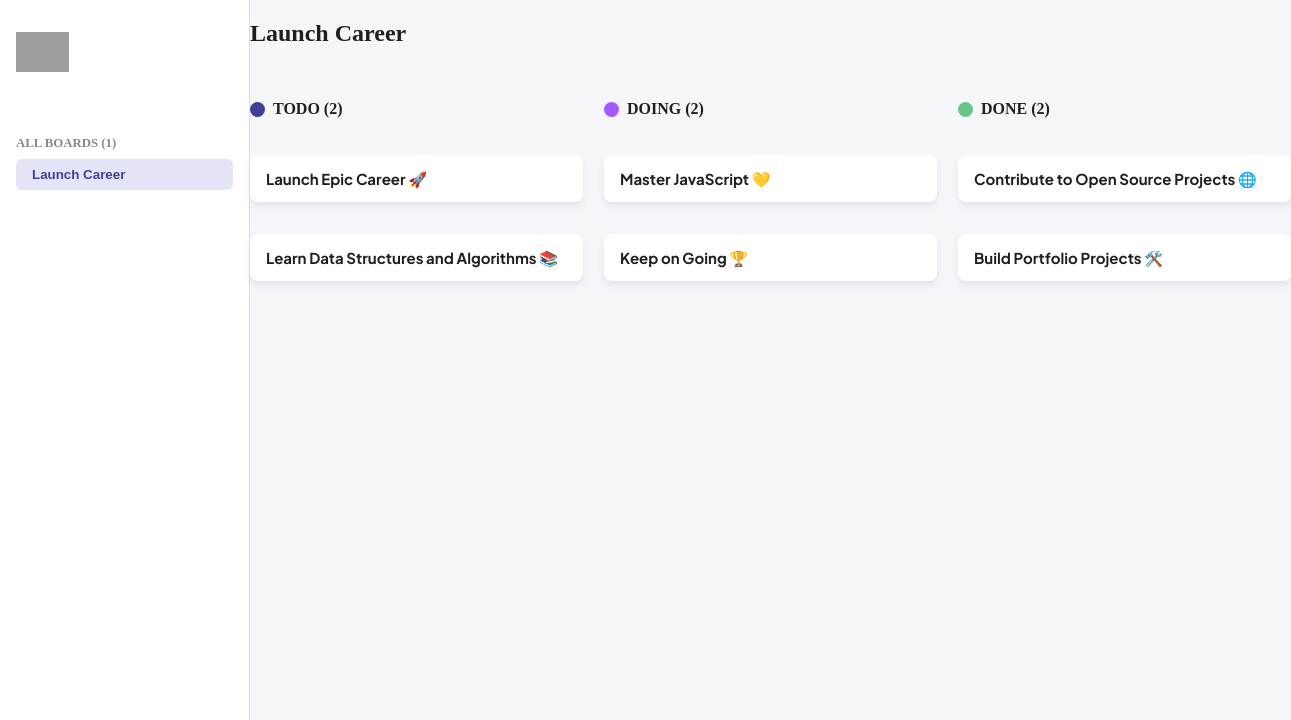
Repository: andajonas/ANDJON25111_fto2502_A2_Anda_Jonas_JSL01
Page: index.html
The author's editor kept a copy of each file at every save. The page is drawn from the files as they stood at one save, then again after a run of saves.
The browser window is 1280 px wide. The page is 1291 px wide, then 1280 px, so the pictures cover 1291 px, including what lies to the right of the window. The pictures show the whole page.
Pictures or frames that could not be fetched are drawn as grey boxes.

Above is the page before, as saved 2025-04-25 13:00:14.

After the next 4 saves:
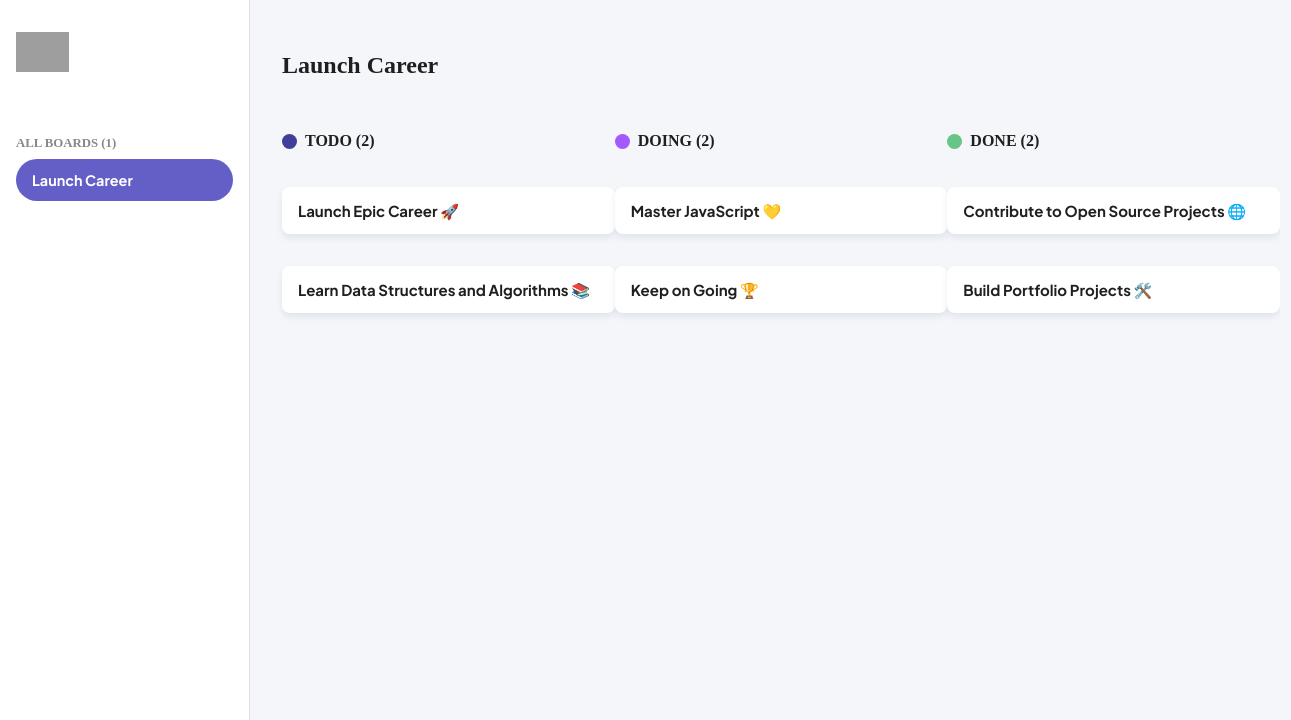
The 4 saves are shown as one change because they came seconds apart.
The last was saved 18 s later.
--- a/style.css
+++ b/style.css
@@ -32,7 +32,26 @@ body {
     color: #888;
     margin: 2rem 0 0.5rem;
   }
+  .board-btn {
+    background-color: #635FC7;         /* Purple background */
+    color: white;                      /* White text */
+    border: none;
+    padding: 0.75rem 1rem;
+    font-weight: 600;
+    border-radius: 24px;               /* Fully rounded look */
+    cursor: pointer;
+    text-align: left;
+    width: 100%;
+    font-family: 'Plus Jakarta Sans', sans-serif;
+    font-size: 0.9rem;
+    transition: background-color 0.2s ease;
+  }
 
+  .board-btn:hover {
+    background-color: #847fda;         /* Slightly lighter on hover */
+  }
+
+  /*
   .board-btn {
     background-color: #e4e4f7;
     color: #3f3f99;
@@ -44,6 +63,7 @@ body {
     text-align: left;
     width: 100%;
   } */
+
   /* Main Content */
   .main-board {
     padding: 2rem;
